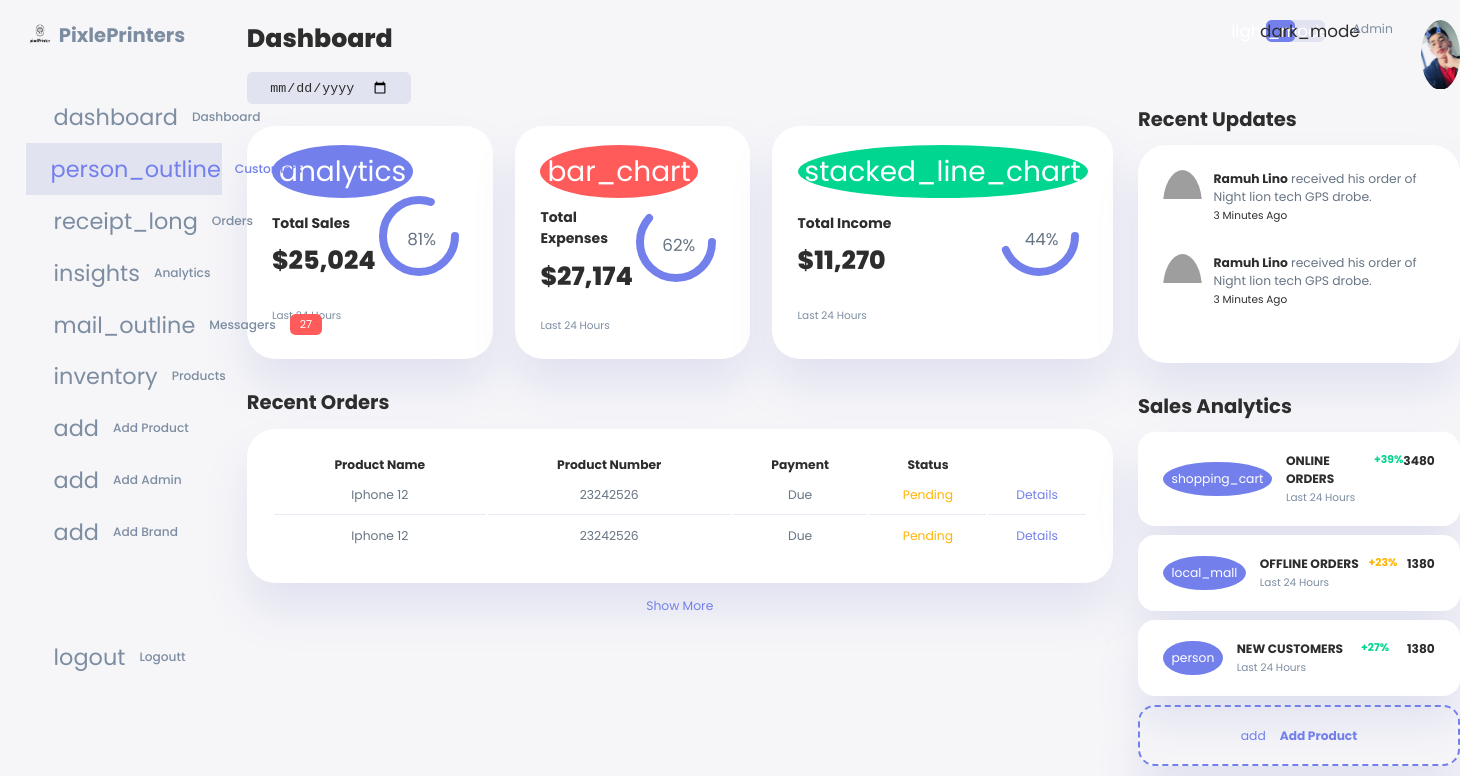
Repository: kritikakittu06/Ecommerce
Page: http://localhost/PixlePrinter/pages/Admin.jsp
The author's editor kept a copy of each file at every save. The page is drawn from the files as they stood at one save, then again after the next save.
The browser window is 1280 px wide. The page is 1460 px wide, so the pictures cover 1460 px, including what lies to the right of the window. The pictures show the whole page.
Pictures or frames that could not be fetched are drawn as grey boxes. The page is served by Tomcat 9. Nobody is signed in. The application's start-up code is not run. Other server files are loaded and not shown.

Above is the page before, as saved 2024-04-20 14:32:36.

### PixlePrinter/src/main/webapp/css/AdminHome.css
@charset "UTF-8";
@import url("https://fonts.googleapis.com/css2?family=Poppins:wght@300;400;500;600;700;800&display=swap");

:root {
  --color-primary: #7380ec;
  --color-danger: #ff5b5b;
  --color-success: #00d68f;
  --color-warning: #ffb400;
  --color-info-dark: #7d8da1;
  --color-info-light: #c2d5f5;
  --color-white: #ffffff;
  --color-dark: #2d2d2d;
  --color-light: rgba(132, 139, 200, 0.18);
  --color-primary-variant: #111e88;
  --color-dark-variant: #677483;
  --color-background: #f6f6f9;
  --color-overview-background: var(--color-background);

  --border-radius-1: 0.4rem;
  --border-radius-2: 0.8rem;
  --border-radius-3: 1.2rem;

  --card-border-radius: 2rem;
  --card-padding: 1.8rem;
  --padding-1: 1.2rem;

  --box-shadow-1: 0 2rem 3rem var(--color-light);
}

.dark-theme-variables {
  --color-background: #181a1e;
  --color-white: #202528;
  --color-dark: #edeffd;
  --color-dark-variant: #a3bdcc;
  --color-light: rgba(0, 0, 0, 0.4);
  --box-shadow-1: 0 2rem 3rem var(--color-light);
  --color-overview-background: var(--color-background);
}

* {
  margin: 0;
  padding: 0;
  outline: 0;
  appearance: none;
  border: 0;
  text-decoration: none;
  list-style: none;
  box-sizing: border-box;
}

html {
  font-size: 14px;
}

body {
  width: 100%;
  max-width: 100%;
  height: 100vh;
  font-family: Poppins, sans-serif;
  font-size: 0.88rem;
  background: var(--color-background);
  user-select: none;
  overflow-x: hidden;
  color: var(--color-dark);
}
body.fixed-scroll {
  position: fixed;
  overflow-y: scroll;
}

.container {
  display: grid;
  width: 96%;
  margin: 0 auto;
  gap: 1.8rem;
  grid-template-columns: 14rem auto 23rem;
}

a {
  color: var(--color-dark);
}

img {
  display: block;
  width: 100%;
}

h1 {
  font-weight: 800;
  font-size: 1.8rem;
}
h2 {
  font-size: 1.4rem;
}
h3 {
  font-size: 0.87rem;
}
h4 {
  font-size: 0.8rem;
}
h5 {
  font-size: 0.77rem;
}

small {
  font-size: 0.75rem;
}

.profile-photo {
  width: 2.8rem;
  height: 5rem;
  border-radius: 50%;
  overflow: hidden;
}
.text-muted {
  color: var(--color-info-dark);
}

p {
  color: var(--color-dark-variant);
}

b {
  color: var(--color-dark);
}

.primary {
  color: var(--color-primary);
}
.danger {
  color: var(--color-danger);
}
.success {
  color: var(--color-success);
}
.warning {
  color: var(--color-warning);
}

aside {
  height: 100vh;
}
aside .top {
  display: flex;
  align-items: center;
  justify-content: space-between;
  margin-top: 1.4rem;
}
aside .logo {
  display: flex;
  gap: 0.37rem;
}
aside .logo img {
  width: 2rem;
  height: 2rem;
}

aside .close {
  display: none;
}

/* ----------------- SIDEBAR ------------------- */
aside .sidebar {
  display: flex;
  flex-direction: column;
  height: 86vh;
  position: relative;
  top: 3rem;
}

aside h3 {
  font-weight: 500;
}

aside .sidebar a {
  display: flex;
  color: var(--color-info-dark);
  margin-left: 2rem;
  gap: 1rem;
  align-items: center;
  position: relative;
  height: 3.7rem;
  transition: all 0.275s ease;
}

aside .sidebar a span {
  font-size: 1.6rem;
  transition: all 0.275s ease;
}

aside .sidebar a:last-child {
  position: absolute;
  bottom: 2rem;
  width: 100%;
}
aside .sidebar a.actived {
  background: var(--color-light);
  color: var(--color-primary);
  margin-left: 0;
}
aside .sidebar a.actived:before {
  content: "";
  width: 0.275rem;
  height: 100%;
  background: var(--color-primary);
}
aside .sidebar a.actived span {
  color: var(--color-primary);
  margin-left: calc(1rem - 3px);
}
aside .sidebar a:hover {
  color: var(--color-primary);
}
aside .sidebar a:hover span {
  margin-left: 1rem;
}
aside .sidebar .message-count {
  background: var(--color-danger);
  color: #fff;
  padding: 2px 10px;
  font-size: 11px;
  border-radius: var(--border-radius-1);
}

/* ----------------- END SIDEBAR ------------------- */

/* ----------------- MAIN ------------------- */
main {
  margin-top: 1.4rem;
}

main .date {
  display: inline-block;
  background: var(--color-light);
  border-radius: var(--border-radius-1);
  margin-top: 1rem;
  padding: 0.5rem 1.6rem;
}
main .date input[type="date"] {
  background: transparent;
  color: var(--color-dark);
}
main .insights {
  display: grid;
  grid-template-columns: repeat(3, 1fr);
  gap: 1.6rem;
}
main .insights h3 {
  margin: 1rem 0 0.6rem;
  font-size: 1rem;
}
main .insights small {
  margin-top: 1.6rem;
  display: block;
}
main .insights .progress {
  position: relative;
  width: 92px;
  height: 92px;
  border-radius: 50%;
}
main .insights .progress .number {
  position: absolute;
  top: 0;
  left: 0;
  height: 100%;
  width: 100%;
  display: flex;
  justify-content: center;
  align-items: center;

  font-size: 1.2rem;
}
main .insights svg {
  width: 7rem;
  height: 7rem;
}
main .insights svg circle {
  fill: none;
  stroke: var(--color-primary);
  stroke-width: 8;
  stroke-linecap: round;
  transform: translate(5px, 5px);
  stroke-dasharray: 224;
}
.insights > div {
  background: var(--color-white);
  padding: var(--card-padding);
  border-radius: var(--card-border-radius);
  margin-top: 1.6rem;
  box-shadow: var(--box-shadow-1);

  transition: all 275ms ease;
}
main .insights > div:hover {
  box-shadow: none;
}
main .insights > div span {
  background-color: var(--color-primary);
  padding: 0.5rem;
  border-radius: 50%;
  color: var(--color-white);
  font-size: 2rem;
}
main .insights > div.expenses span {
  background: var(--color-danger);
}
main .insights > div.income span {
  background: var(--color-success);
}
main .insights > div .middle {
  display: flex;
  align-items: center;
  justify-content: space-between;
}

/* ----------------- END MAIN ------------------- */

/* ----------------- RECENT ORDERS ------------------- */
main .recent-orders {
  margin-top: 2rem;
}
main .recent-orders h2 {
  margin-bottom: 0.8rem;
}
main .recent-orders a {
  text-align: center;
  display: block;
  margin: 1rem auto;
  color: var(--color-primary);
}
main .recent-orders table {
  background: var(--color-white);
  width: 100%;
  border-radius: var(--card-border-radius);
  padding: var(--card-padding);
  text-align: center;
  box-shadow: var(--box-shadow-1);
  transform: all 275ms ease;
  transition: all 275ms ease;
}
main .recent-orders table:hover {
  box-shadow: none;
}

main table tbody td {
  height: 2.8rem;
  border-bottom: 1px solid var(--color-light);
  color: var(--color-dark-variant);
}
main table tbody tr:last-child td {
  border: none;
}
/* ----------------- END RECENT ORDERS ------------------- */

/* ----------------- RIGHT ------------------- */
.right {
  margin-top: 1.4rem;
}
.right .top {
  display: flex;
  justify-content: end;
  gap: 2rem;
}
.right .top button {
  display: none;
}
.right .theme-toggler {
  background: var(--color-light);
  display: flex;
  justify-content: space-between;
  align-items: center;
  height: 1.6rem;
  width: 4.2rem;
  cursor: pointer;
  border-radius: var(--border-radius-1);
}
.right .theme-toggler span {
  font-size: 1.2rem;
  width: 50%;
  height: 100%;
  display: flex;
  align-items: center;
  justify-content: center;
}
.right .theme-toggler span.actived {
  background: var(--color-primary);
  color: #fff;
  border-radius: var(--border-radius-1);
}
.right .top .profile {
  display: flex;
  gap: 2rem;
  text-align: right;
}
/* ----------------- END RIGHT ------------------- */

/* ----------------- RECENT UPDATES ------------------- */

.right .recent-updates {
  margin-top: 1rem;
}
.right .recent-updates h2 {
  margin-bottom: 0.8rem;
}
.right .recent-updates .updates {
  background: var(--color-white);
  padding: var(--card-padding);
  border-radius: var(--card-border-radius);
  box-shadow: var(--box-shadow-1);

  transition: all 275ms ease;
}
.right .recent-updates .updates:hover {
  box-shadow: none;
}

.right .recent-updates .updates .update {
  display: grid;
  grid-template-columns: 2.6rem auto;
  gap: 1rem;
  margin-bottom: 1rem;
}
/* ----------------- END RECENT UPDATES ------------------- */

/* ----------------- SALES ANALYTICS ------------------- */
.right .sales-analytics {
  margin-top: 2rem;
}
.right .sales-analytics h2 {
  margin-bottom: 0.8rem;
}
.right .sales-analytics .item {
  background: var(--color-white);
  display: flex;
  align-items: center;
  gap: 1rem;
  margin-bottom: 0.7rem;
  padding: 1.4rem var(--card-padding);
  border-radius: var(--border-radius-3);
  box-shadow: var(--box-shadow-1);

  transition: all 275ms ease;
}
.right .sales-analytics .item:hover {
  box-shadow: none;
}
.right .sales-analytics .item .right {
  display: flex;
  justify-content: space-between;
  align-items: flex-start;
  margin: 0;
  width: 100%;
}
.right .sales-analytics .item .icon {
  padding: 0.6rem;
  color: var(--color-white);
  border-radius: 50%;
  background: var(--color-primary);
  display: flex;
}
.right .sales-analytics .add-product {
  background-color: transparent;
  border: 2px dashed var(--color-primary);
  color: var(--color-primary);
  display: flex;
  align-items: center;
  justify-content: center;
  cursor: pointer;
}

.right .sales-analytics .add-product:hover {
  background: var(--color-primary);
  color: var(--color-white);
}

/* ----------------- END SALES ANALYTICS ------------------- */

/* ----------------- MEDIA QUERIA 1200 ------------------- */

@media screen and (max-width: 1200px) {
  .container {
    width: 94%;
    grid-template-columns: 7rem auto 23rem;
  }

  aside .logo h2 {
    display: none;
  }
  aside .sidebar h3 {
    display: none;
  }
  aside .sidebar a {
    width: 5.6rem;
  }
  aside .sidebar a:last-child {
    position: relative;
    margin-top: 1.8rem;
  }

  main .insights {
    grid-template-columns: 1fr;
    gap: 0;
  }
  main .recent-orders {
    width: 94%;
    position: absolute;
    left: 50%;
    transform: translate(-50%);
    margin: 2rem 0 0 8.8rem;
  }
  main .recent-orders table {
    width: 83vw;
  }

  main table thead tr th:last-child,
  main table thead tr th:first-child,
  main table tbody tr td:last-child,
  main table tbody tr td:first-child {
    display: none;
  }
}

/* ----------------- MEDIA QUERIA 768 ------------------- */

@media screen and (max-width: 768px) {
  .container {
    width: 100%;
    grid-template-columns: 1fr;
  }

  aside {
    position: fixed;
    left: -100%;
    background: var(--color-white);
    width: 18rem;
    z-index: 3;
    box-shadow: 1rem 3rem 4rem var(--color-light);
    height: 100vh;
    padding-right: var(--card-padding);
    display: block;
    transition: left 0.275s ease;
  }
  .show-menu aside {
    left: 0;
  }
  .aside-overview {
    display: none;
    opacity: 0;
    position: absolute;
    width: 100%;
    height: 100%;
    background: var(--color-overview-background);
    top: 0;
    bottom: 0;
    left: 0;
    right: 0;
    z-index: 2;
    transition: left 0.42s ease;
  }
  .show-menu .aside-overview {
    display: block;
    opacity: 0.25;
  }

  aside .logo {
    margin-left: 1.75rem;
  }
  aside .logo h2 {
    display: inline;
  }
  aside .sidebar h3 {
    display: inline;
  }
  aside .sidebar a {
    width: 100%;
    height: 3.4rem;
  }
  aside .sidebar a:last-child {
    position: absolute;
    bottom: 5rem;
  }
  aside .close {
    display: inline-block;
    cursor: pointer;
  }
  main {
    margin-top: 8rem;
    padding: 0 1rem;
  }
  main .recent-orders {
    position: relative;
    margin: 3rem 0 0 0;
    width: 100%;
  }
  main .recent-orders table {
    width: 100%;
    margin: 0;
  }
  .right {
    width: 94%;
    margin: 0 auto 4rem;
  }

  .right .top {
    position: fixed;
    top: 0;
    left: 0;
    align-items: center;
    padding: 0 0.8rem;
    height: 4.6rem;
    background: var(--color-white);
    width: 100%;
    z-index: 2;
    box-shadow: 0 1rem 1rem var(--color-light);
  }
  .right .top .theme-toggler {
    width: 4.4rem;
    position: absolute;
    left: 66%;
  }
  .right .top .info {
    display: none;
  }
  .right .top button {
    display: inline-block;
    background: transparent;
    color: var(--color-dark);
    cursor: pointer;
    position: absolute;
    left: 1rem;
  }
  .right .top button span {
    font-size: 2rem;
  }
}

Loaded but not shown: PixlePrinter/src/main/webapp/pages/Admin.jsp (287 lines, source omitted); PixlePrinter/src/main/webapp/js/AdminHome.js (no copy from this time; the picture is the same without it)

After the next save:
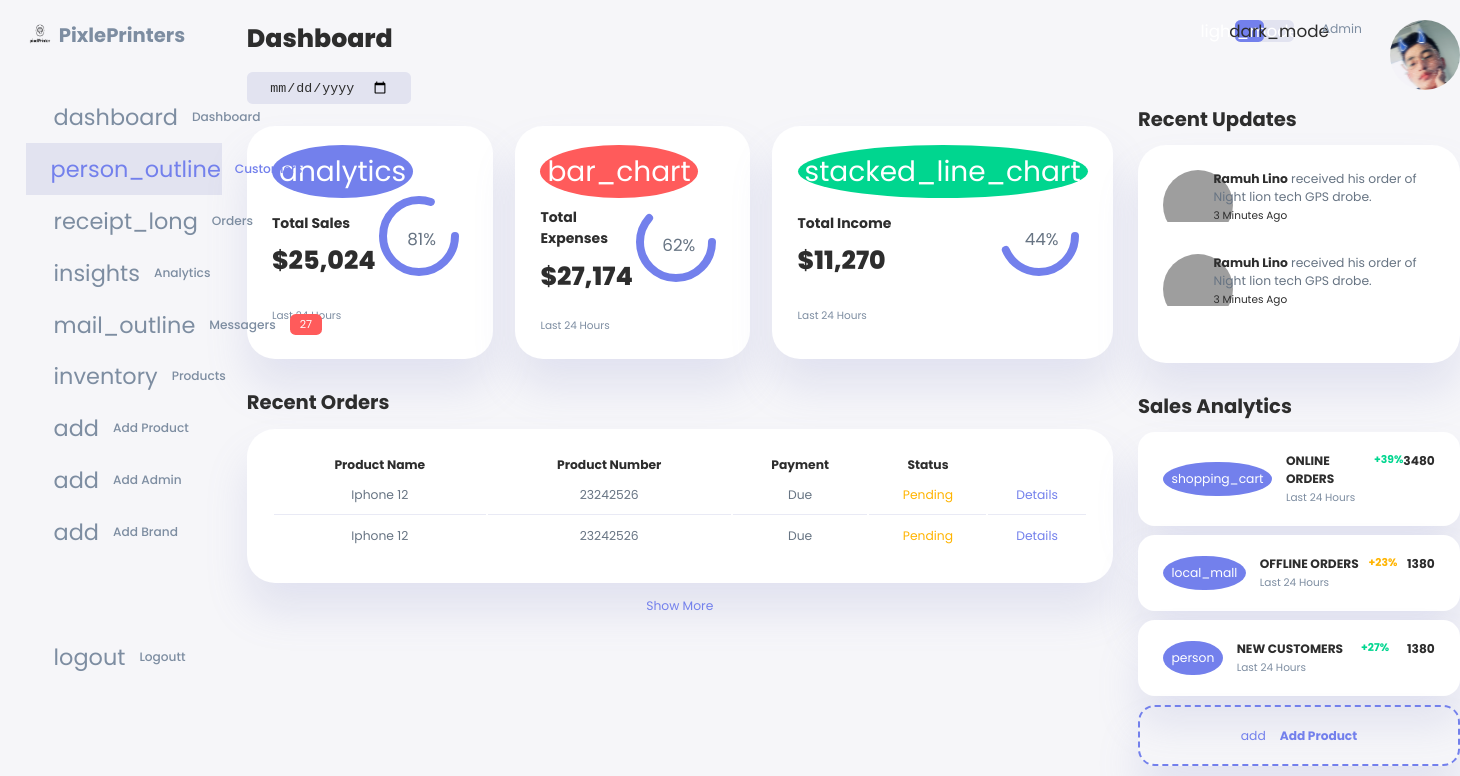
Saved 11 s later.
--- a/PixlePrinter/src/main/webapp/css/AdminHome.css
+++ b/PixlePrinter/src/main/webapp/css/AdminHome.css
@@ -107,7 +107,7 @@ small {
 }
 
 .profile-photo {
-  width: 2.8rem;
+  width: 5rem;
   height: 5rem;
   border-radius: 50%;
   overflow: hidden;
